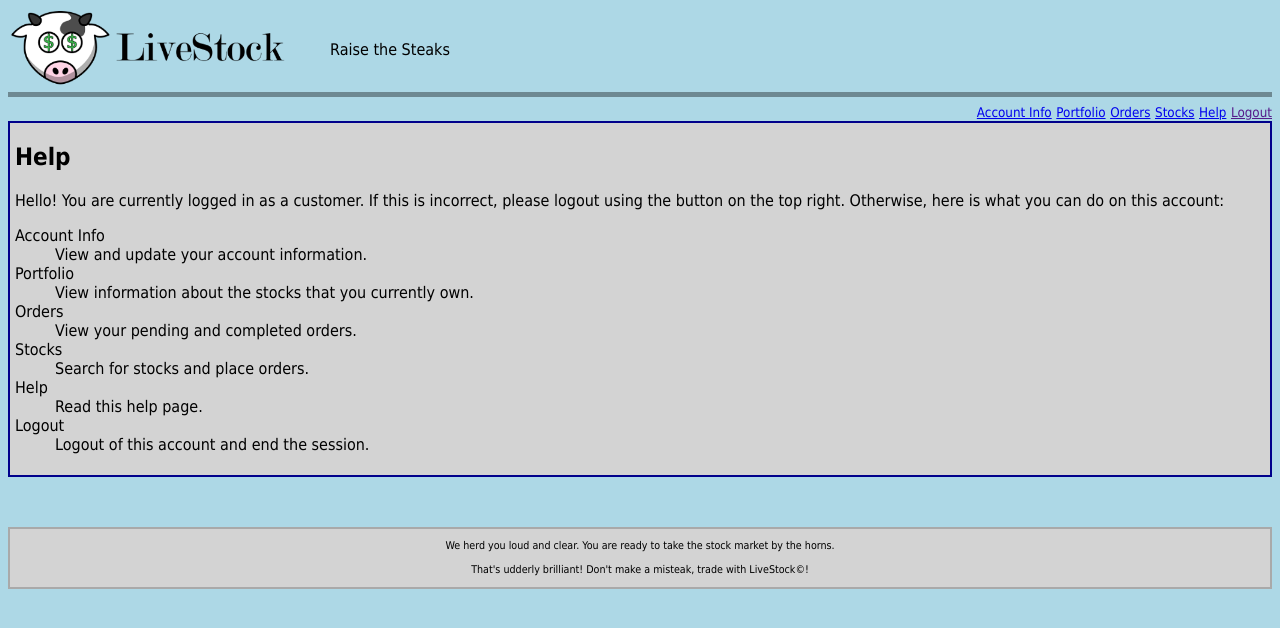
Repository: yastapova/live-stock
Page: http://localhost/LiveStockSite/WEB-INF/cust_help.jsp
An editor plug-in stored every save of this project. The page is shown before and after the next save, followed by the edit.
The browser window is 1280 px wide. The pictures show the whole page.
The page is served by Tomcat 9. Nobody is signed in. The template is opened directly, without the code that normally fills it, so the values that code supplies are empty.

Above is the page before, as saved 2016-04-19 21:04:24.

After the next save:
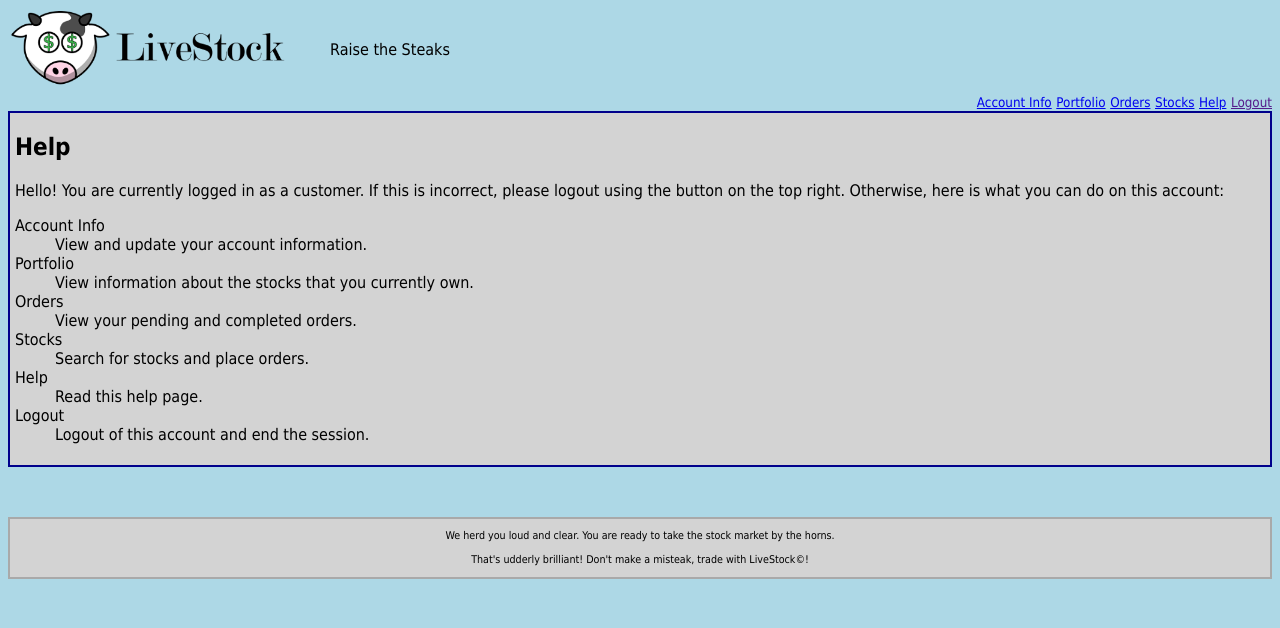
Saved 111 s later.
--- a/LiveStockSite/WebContent/WEB-INF/gen.css
+++ b/LiveStockSite/WebContent/WEB-INF/gen.css
@@ -7,7 +7,7 @@
 .formlabel {
 	font-size: 10pt;
 }
-.header {
+.header border {
 	border-bottom-style: groove;
 	border-bottom-width: 10px;
 	border-bottom-color: lightblue;

After the save that followed:
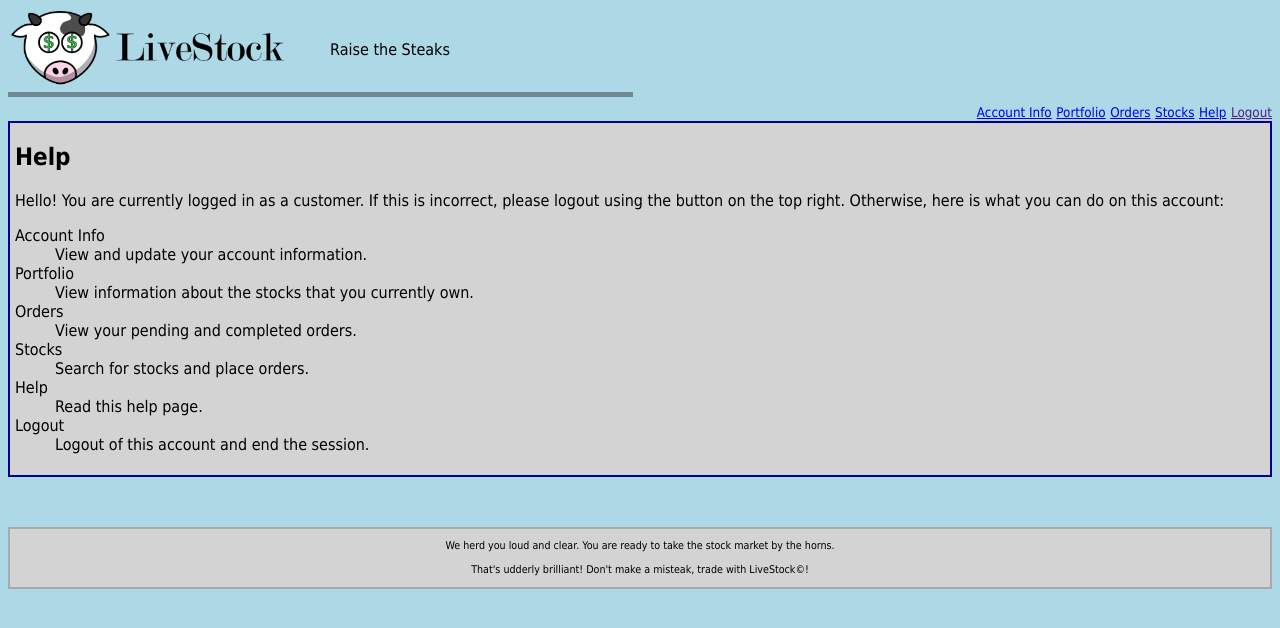
Saved 4 s later.
--- a/LiveStockSite/WebContent/WEB-INF/gen.css
+++ b/LiveStockSite/WebContent/WEB-INF/gen.css
@@ -7,7 +7,7 @@
 .formlabel {
 	font-size: 10pt;
 }
-.header border {
+.header table {
 	border-bottom-style: groove;
 	border-bottom-width: 10px;
 	border-bottom-color: lightblue;
